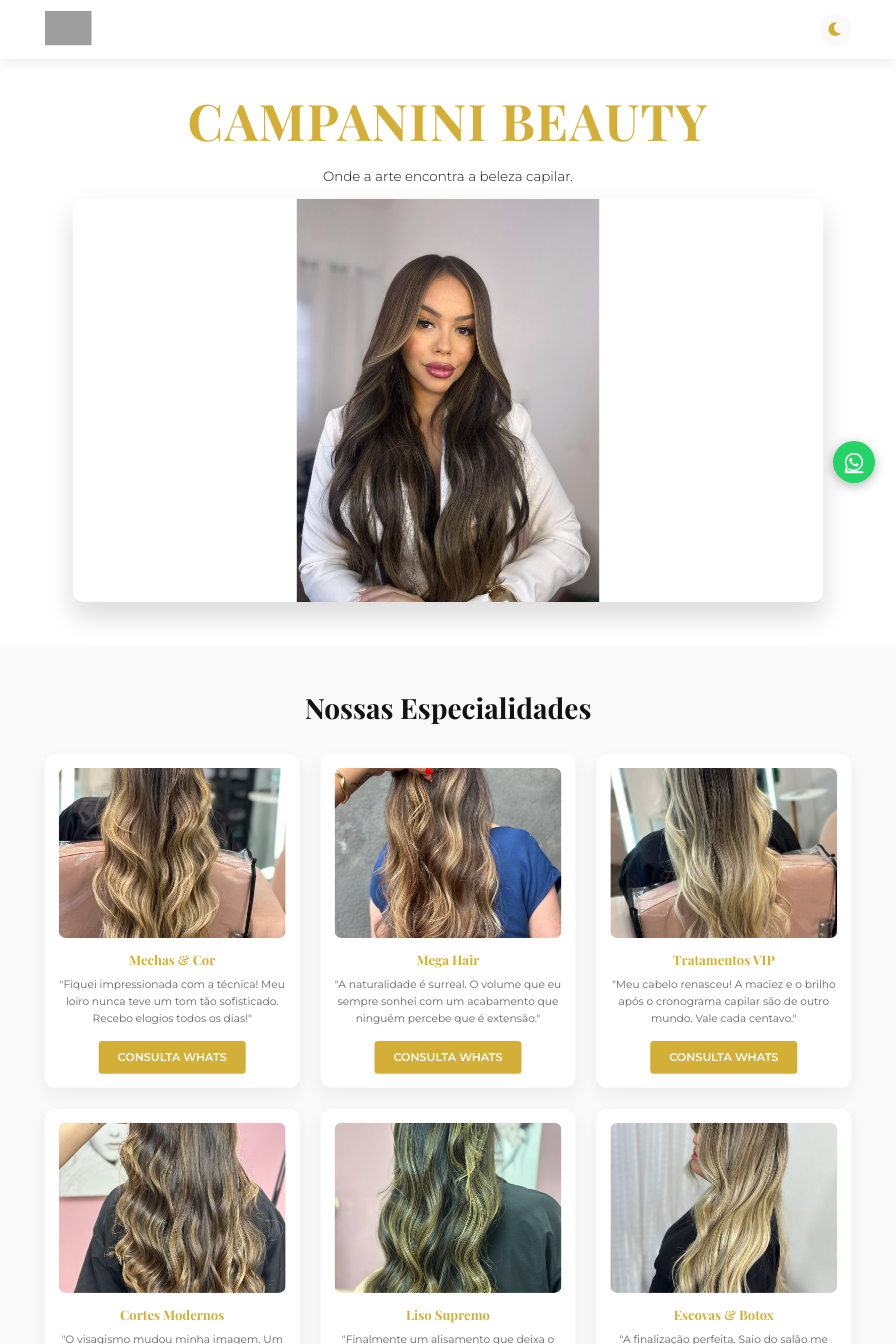
Repository: Sandro1969-tech/campanini-beauty
Page: index.html
An editor plug-in stored every save of this project. The page is shown before and after a run of saves, followed by the edit.
The browser window is 1280 px wide. The pictures show the part of the page from y = 0 to 1920 px (the page is 3137 px tall), at 70% of full size.
Pictures or frames that could not be fetched are drawn as grey boxes. Some web fonts or font styles are not loaded; a fallback is used.

Above is the page before, as saved 2026-02-17 12:21:54.

### index.html
<!DOCTYPE html>
<html lang="pt-br">
<head>
    <meta charset="UTF-8">
    <meta name="viewport" content="width=device-width, initial-scale=1.0">
    <title>Campanini Beauty | Transformação e Brilho</title>
    <link rel="icon" href="assets/image/favicon.png" type="image/png">

    <link href="https://fonts.googleapis.com/css2?family=Montserrat:wght@300;400;600;700&family=Playfair+Display:ital,wght@0,700;1,700&display=swap" rel="stylesheet">
    <link rel="stylesheet" href="https://cdnjs.cloudflare.com/ajax/libs/font-awesome/6.0.0/css/all.min.css">

    <style>
        :root {
            --primary: #d4af37; /* Dourado */
            --dark: #121212;
            --light: #ffffff;
            --gray-bg: #f9f9f9;
            --text-muted: #666;
            --transition: 0.4s cubic-bezier(0.4, 0, 0.2, 1);
        }

        .dark-mode {
            --light: #121212;
            --dark: #ffffff;
            --gray-bg: #1e1e1e;
            --text-muted: #aaa;
        }

        * { margin: 0; padding: 0; box-sizing: border-box; font-family: 'Montserrat', sans-serif; }
        body { background-color: var(--light); color: var(--dark); transition: background var(--transition), color var(--transition); overflow-x: hidden; }

        /* --- Header --- */
        header {
            padding: 15px 5%;
            display: flex;
            justify-content: space-between;
            align-items: center;
            position: sticky;
            top: 0;
            background: var(--light);
            z-index: 1000;
            box-shadow: 0 4px 20px rgba(0,0,0,0.08);
        }

        .logo img { height: 50px; transition: transform 0.3s; }
        .logo img:hover { transform: scale(1.05); }

        .theme-toggle {
            cursor: pointer;
            font-size: 1.4rem;
            color: var(--primary);
            background: var(--gray-bg);
            padding: 10px;
            border-radius: 50%;
            width: 45px;
            height: 45px;
            display: flex;
            align-items: center;
            justify-content: center;
        }

        /* --- Hero Section --- */
        .hero {
            text-align: center;
            padding: 40px 5%;
            max-width: 1200px;
            margin: 0 auto;
        }

        .pulsing-title {
            font-family: 'Playfair Display', serif;
            font-size: clamp(2.5rem, 8vw, 4.5rem);
            margin-bottom: 20px;
            color: var(--primary);
            animation: pulse 2.5s infinite ease-in-out;
            text-transform: uppercase;
            letter-spacing: 2px;
        }
/* CORREÇÃO AQUI: Imagem principal sem altura fixa para não cortar */
    .main-img {
        width: 100%;
        min-height: 400px;
        height: auto; /* Deixa a foto na proporção real */
        max-height: 80vh; /* Impede que fique minigigante em telas enormes */
        object-fit: contain; /* Garante que a foto apareça inteira */
        border-radius: 15px;
        margin: 20px 0;
        box-shadow: 0 20px 40px rgba(0,0,0,0.15);
    }

    /* --- Services Grid (Ajuste da Qualidade) --- */
    .services-container { padding: 60px 5%; background: var(--gray-bg); }
    .section-title { text-align: center; font-family: 'Playfair Display', serif; font-size: 2.5rem; margin-bottom: 40px; }

    .services-grid {
        display: grid;
        grid-template-columns: repeat(auto-fit, minmax(300px, 1fr));
        gap: 30px;
        max-width: 1200px;
        margin: 0 auto;
    }

    .service-card {
        background: var(--light);
        padding: 20px;
        border-radius: 15px;
        text-align: center;
        transition: transform var(--transition);
        box-shadow: 0 10px 25px rgba(0,0,0,0.05);
    }

    .service-card:hover { transform: translateY(-10px); }

    /* CORREÇÃO AQUI: Imagens das colunas com proporção preservada */
    .service-card img {
        width: 100%;
        aspect-ratio: 4 / 3; /* Define uma proporção elegante (ajuste para 1/1 se preferir quadradas) */
        object-fit: cover; /* Preenche o espaço sem esticar */
        border-radius: 10px;
        margin-bottom: 15px;
        image-rendering: auto; /* Garante a melhor qualidade do navegador */
    }

    .service-card h3 { font-family: 'Playfair Display', serif; color: var(--primary); margin-bottom: 10px; }
    .service-card p { font-size: 0.95rem; color: var(--text-muted); line-height: 1.6; margin-bottom: 20px; }

    /* --- Botões Hover --- */
    .btn-ws {
        display: inline-block;
        padding: 12px 25px;
        background-color: var(--primary);
        color: white;
        text-decoration: none;
        border-radius: 5px;
        font-weight: 600;
        border: 2px solid var(--primary);
        transition: 0.3s;
    }

    .btn-ws:hover {
        background-color: transparent;
        color: var(--primary);
        transform: scale(1.05);
    }

    /* Resto do CSS (Depoimentos, Rodapé, Whats) mantidos para responsividade */
    .testimonials { padding: 80px 5%; text-align: center; max-width: 1200px; margin: 0 auto; }
    .testimonial-grid { display: grid; grid-template-columns: repeat(auto-fit, minmax(250px, 1fr)); gap: 25px; margin-top: 40px; }
    .testi-card { padding: 30px; border: 1px solid var(--primary); border-radius: 15px; }
    .testi-img { width: 70px; height: 70px; border-radius: 50%; object-fit: cover; border: 2px solid var(--primary); margin-bottom: 15px; }

    footer { background: #000; color: #fff; padding: 50px 5% 20px; text-align: center; }
    .map-container { margin: 30px auto; max-width: 900px; height: 300px; border-radius: 15px; overflow: hidden; }

    .whatsapp-float {
        position: fixed; bottom: 30px; right: 30px;
        background-color: #25d366; color: #FFF;
        border-radius: 50%; width: 60px; height: 60px;
        display: flex; align-items: center; justify-content: center;
        font-size: 30px; z-index: 2000; box-shadow: 0 4px 15px rgba(0,0,0,0.3);
        animation: bounce 2s infinite;
    }

    @keyframes pulse {
        0%, 100% { transform: scale(1); }
        50% { transform: scale(1.05); text-shadow: 0 0 20px rgba(212, 175, 55, 0.5); }
    }
    @keyframes bounce {
        0%, 20%, 50%, 80%, 100% {transform: translateY(0);}
        40% {transform: translateY(-10px);}
    }

    @media (max-width: 768px) {
        .pulsing-title { font-size: 2rem; }
        .main-img { max-height: 50vh; }
    }
</style>    </style>
</head>
<body>

    <header>
        <div class="logo">
            <img src="assets/image/Logo-campanini.png" alt="Campanini Beauty">
        </div>
        <div class="theme-toggle" onclick="toggleTheme()" title="Trocar modo">
            <i class="fas fa-moon" id="theme-icon"></i>
        </div>
    </header>

    <section class="hero">
        <h1 class="pulsing-title">Campanini Beauty</h1>
        <p style="font-size: 1.2rem; font-weight: 300;">Onde a arte encontra a beleza capilar.</p>
        <img src="assets/image/principal.jpg" alt="Destaque Campanini" class="main-img">
    </section>

    <div class="services-container">
        <h2 class="section-title">Nossas Especialidades</h2>
        <div class="services-grid">
            <div class="service-card">
                <img src="assets/image/imagem1.jpg" alt="Mechas">
                <h3>Mechas & Cor</h3>
                <p>"Fiquei impressionada com a técnica! Meu loiro nunca teve um tom tão sofisticado. Recebo elogios todos os dias!"</p>
                <a href="https://wa.me/5511999999999" class="btn-ws">CONSULTA WHATS</a>
            </div>
            <div class="service-card">
                <img src="assets/image/imagem2.jpg" alt="Mega Hair">
                <h3>Mega Hair</h3>
                <p>"A naturalidade é surreal. O volume que eu sempre sonhei com um acabamento que ninguém percebe que é extensão."</p>
                <a href="https://wa.me/5511999999999" class="btn-ws">CONSULTA WHATS</a>
            </div>
            <div class="service-card">
                <img src="assets/image/imagem3.jpg" alt="Tratamentos">
                <h3>Tratamentos VIP</h3>
                <p>"Meu cabelo renasceu! A maciez e o brilho após o cronograma capilar são de outro mundo. Vale cada centavo."</p>
                <a href="https://wa.me/5511999999999" class="btn-ws">CONSULTA WHATS</a>
            </div>
            <div class="service-card">
                <img src="assets/image/imagem4.jpg" alt="Cortes">
                <h3>Cortes Modernos</h3>
                <p>"O visagismo mudou minha imagem. Um corte que valoriza meu rosto e é super fácil de arrumar em casa!"</p>
                <a href="https://wa.me/5511999999999" class="btn-ws">CONSULTA WHATS</a>
            </div>
            <div class="service-card">
                <img src="assets/image/imagem5.jpg" alt="Alisamentos">
                <h3>Liso Supremo</h3>
                <p>"Finalmente um alisamento que deixa o cabelo com balanço e aspecto saudável. Brilho espelhado maravilhoso!"</p>
                <a href="https://wa.me/5511999999999" class="btn-ws">CONSULTA WHATS</a>
            </div>
            <div class="service-card">
                <img src="assets/image/imagem6.jpg" alt="Escovas">
                <h3>Escovas & Botox</h3>
                <p>"A finalização perfeita. Saio do salão me sentindo uma celebridade pronta para qualquer evento!"</p>
                <a href="https://wa.me/5511999999999" class="btn-ws">CONSULTA WHATS</a>
            </div>
        </div>
    </div>

    <section class="testimonials">
        <h2 class="section-title">Quem Confia</h2>
        <div class="testimonial-grid">
            <div class="testi-card">
                <img src="https://i.pravatar.cc/150?u=1" alt="Cliente 1" class="testi-img">
                <i class="fas fa-quote-left"></i>
                <p>"O melhor salão de São Paulo! O atendimento do Campanini Beauty é impecável e os produtos são de altíssima qualidade."</p>
                <h4 style="margin-top:15px; color: var(--primary);">Mariana Silva</h4>
            </div>
            <div class="testi-card">
                <img src="https://i.pravatar.cc/150?u=2" alt="Cliente 2" class="testi-img">
                <i class="fas fa-quote-left"></i>
                <p>"Fiz reflexo e cortei. O resultado superou todas as minhas expectativas. Me sinto um gatão!"</p>
                <h4 style="margin-top:15px; color: var(--primary);">Julio Costa</h4>
            </div>
            <div class="testi-card">
                <img src="https://i.pravatar.cc/150?u=3" alt="Cliente 3" class="testi-img">
                <i class="fas fa-quote-left"></i>
                <p>"Ambiente luxuoso e profissionais extremamente competentes. É o meu momento favorito da semana."</p>
                <h4 style="margin-top:15px; color: var(--primary);">Fernanda Lima</h4>
            </div>
        </div>
    </section>

    <footer>
        <div class="social-links">
            <a href="https://instagram.com/campaninibeauty" target="_blank"><i class="fab fa-instagram"></i></a>
        </div>
        <p><i class="fas fa-map-marker-alt" style="color:var(--primary)"></i> Rua soldado João Oliveira, 421<br>Bairro Chácara Inglesa, São Paulo</p>

        <div class="map-container">
            <iframe src="https://www.google.com/maps/embed?pb=!1m18!1m12!1m3!1d3655.8828987317785!2d-46.6384288!3d-23.6085188!2m3!1f0!2f0!3f0!3m2!1i1024!2i768!4f13.1!3m3!1m2!1s0x94ce5a3713606f7b%3A0xc07472064166297a!2sR.%20Soldado%20Jo%C3%A3o%20de%20Oliveira%2C%20421%20-%20Ch%C3%A1cara%20Inglesa%2C%20S%C3%A3o%20Paulo%20-%20SP%2C%2004139-011!5e0!3m2!1spt-BR!2sbr!4v1700000000000" width="100%" height="100%" style="border:0;" allowfullscreen="" loading="lazy"></iframe>
        </div>
        <p style="font-size: 0.8rem; opacity: 0.6;">© 2024 Campanini Beauty. Criado com elegância.</p>
    </footer>

    <a href="https://wa.me/5511999999999" class="whatsapp-float" target="_blank">
        <i class="fab fa-whatsapp"></i>
    </a>

    <script>
        function toggleTheme() {
            const body = document.body;
            const icon = document.getElementById('theme-icon');
            body.classList.toggle('dark-mode');

            if (body.classList.contains('dark-mode')) {
                icon.classList.replace('fa-moon', 'fa-sun');
            } else {
                icon.classList.replace('fa-sun', 'fa-moon');
            }
        }
    </script>
</body>
</html>

After the next 2 saves:
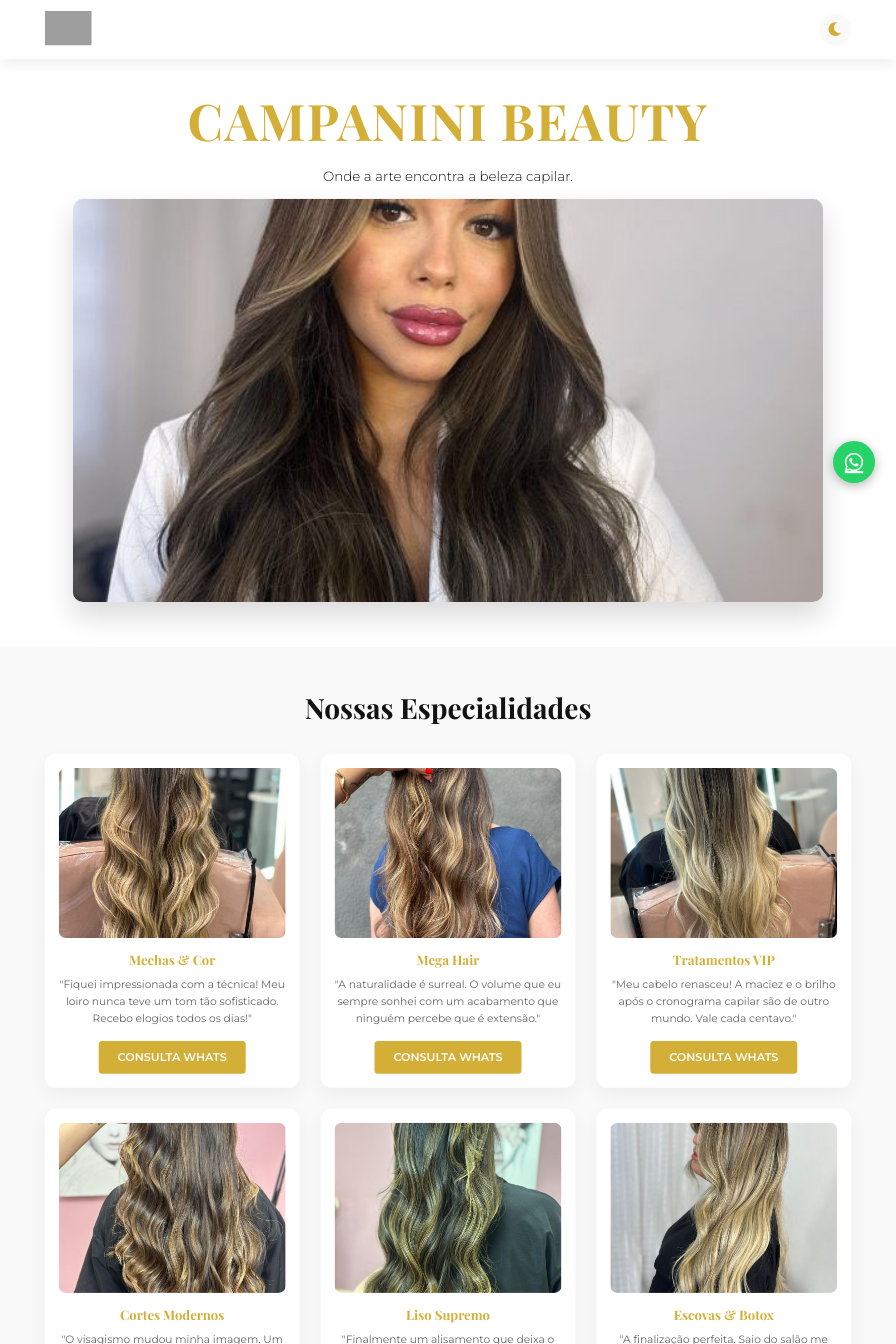
The 2 saves are shown as one change because they came seconds apart.
The last was saved 32 s later.
--- a/index.html
+++ b/index.html
@@ -82,7 +82,7 @@
         min-height: 400px;
         height: auto; /* Deixa a foto na proporção real */
         max-height: 80vh; /* Impede que fique minigigante em telas enormes */
-        object-fit: contain; /* Garante que a foto apareça inteira */
+        object-fit: cover; /* Garante que a foto apareça inteira */
         border-radius: 15px;
         margin: 20px 0;
         box-shadow: 0 20px 40px rgba(0,0,0,0.15);
